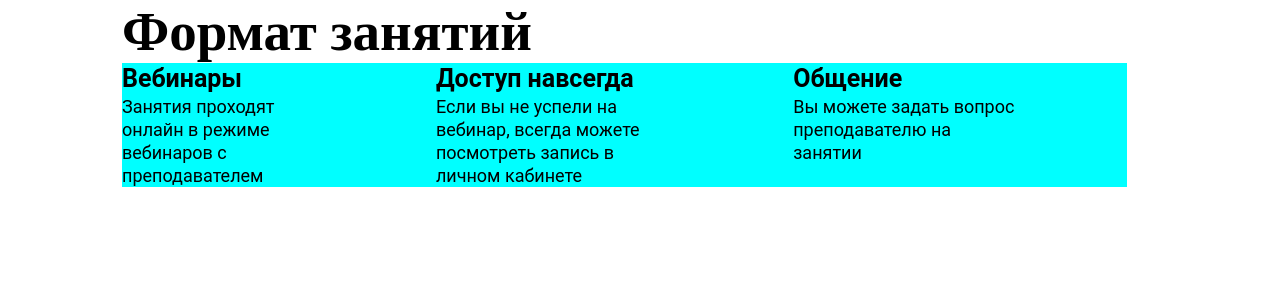
Repository: mirali879/previous-proj
Page: index.html
These files come from the project's save history. The page is drawn as it stood at one moment and after the next save; the edit follows.
The browser window is 1280 px wide. The pictures show the whole page.

Above is the page before, as saved 2023-05-06 19:06:40.

After the next save:
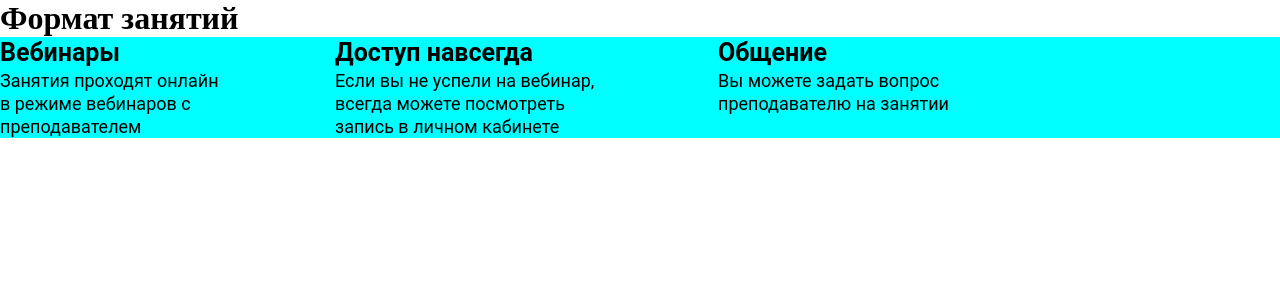
Saved 48 s later.
--- a/index.html
+++ b/index.html
@@ -8,7 +8,7 @@
     <title>Document</title>
   </head>
   <body>
-    <div class="container">
+    <div class="page-1">
       <h1>Формат занятий</h1>
 
       <div class="row">
